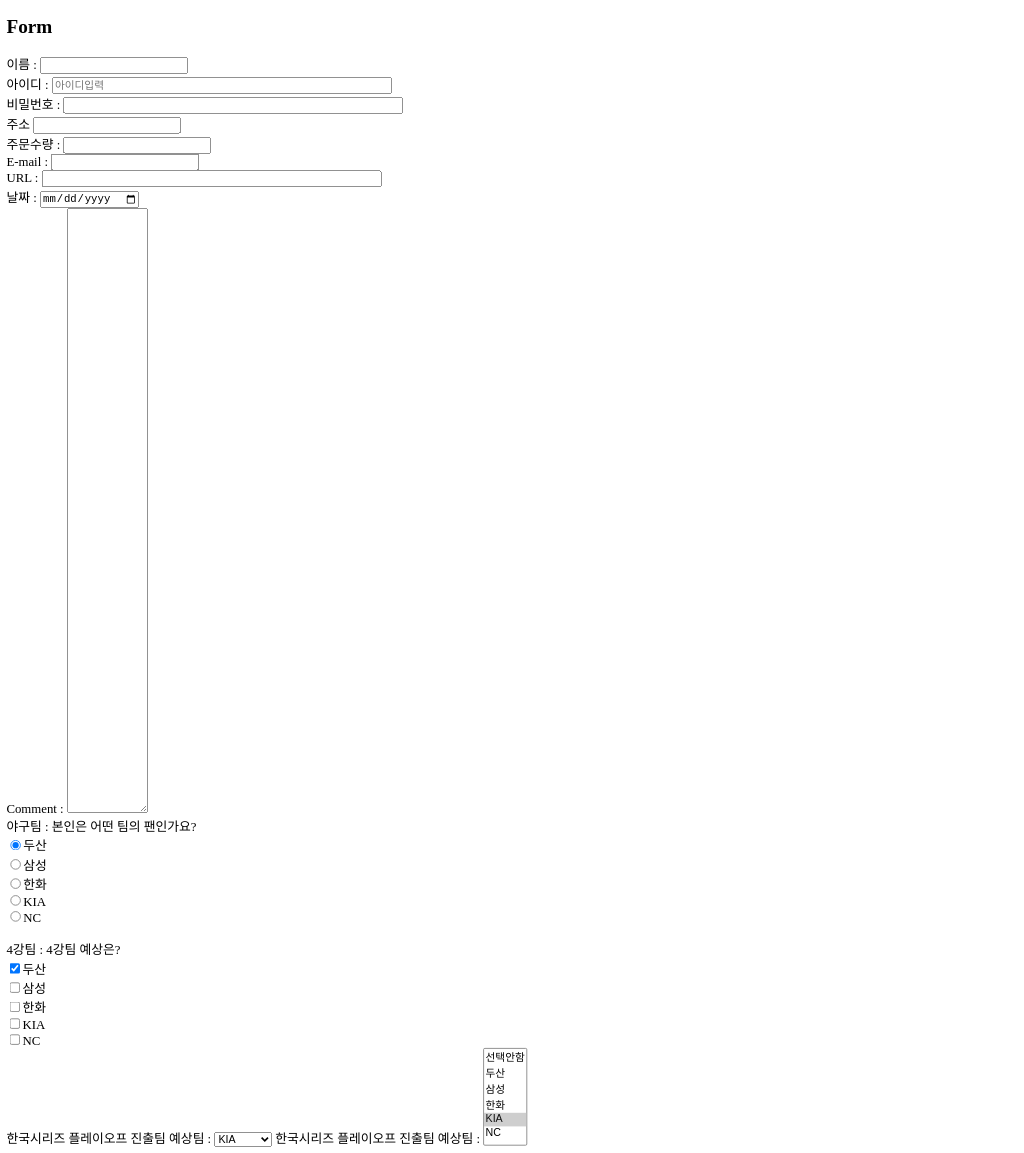
Repository: star-min/jsp_basic
Page: jsp1/web01/src/main/webapp/form.html
The author's editor kept a copy of each file at every save. The page is drawn from the files as they stood at one save, then again after the next save.
The browser window is 1280 px wide. The pictures show the whole page, at 80% of full size.

Above is the page before, as saved 2022-04-22 06:01:06.

### jsp1/web01/src/main/webapp/form.html
<!DOCTYPE html>
<html>
<head>
<meta charset="UTF-8">
<title>From</title>
<style>

</style>
</head>
<body>
	<header>
		<h2>Form</h2>
	</header>
	<tbody>
		<div>
			<tr>
				<th><label for="mname">이름 : </label></th>
				<td>
					<input type="text" id="mname" name="mname" class="name">
					</br>
				</td>
			</tr>
			<tr>
				<th><label for="id">아이디 : </label></th>
				<td>
					<input type="text" id="id" name="id" class="indata" size="50" placeholder="아이디입력" required>
					</br>
				</td>
			</tr>
			<tr>
				<th><label for="upw">비밀번호 : </label></th>
				<td>
					<input type="password"  id="upw" name="upw" class="pw" size="50">
					</br>
				</td>
			</tr>
			<tr>
				<th><label for="addrss">주소</label></th>
				<td>
					<input type="text" >
					</br>
				</td>
			</tr>
			<tr>
				<th><label for="number">주문수량 : </label></th>
				<td>
					<input type="number" name="qty" id="qty" size="50">
					</br>
				</td>
			</tr>
			<tr>
				<th><label for="text">E-mail : </label></th>
				<td>
					<input type="text">
					</br>
				</td>
			</tr>
			<tr>
				<th><label for="url">URL : </label></th>
				<td>
					<input type="url" name="url" id="url" size="50">
					</br>
				</td>
			</tr>
			<tr>
				<th><label for="date">날짜 : </label></th>
				<td>
					<input type="date" name="date" id="date">
					</br>
				</td>
			</tr>
			<tr>
				<th><label for="comment">Comment : </label></th>
				<td>
					<textarea name="comment" rows="50" cols="10" name="comment" id="comment"></textarea>
					</br>
				</td>
			</tr>
			<tr>
				<th><label for="baseball">야구팀 : </label></th>
				<td>
					<span id="baseball">본인은 어떤 팀의 팬인가요?</span><br>
					<input type="radio" name="baseball" id="baseball1" value="두산" checked>두산<br>
					<input type="radio" name="baseball" id="baseball2" value="삼성">삼성<br>
					<input type="radio" name="baseball" id="baseball3" value="한화">한화<br>
					<input type="radio" name="baseball" id="baseball4" value="KIA">KIA<br>
					<input type="radio" name="baseball" id="baseball5" value="NC">NC<br>
					</br>
				</td>
			</tr>
			<tr>
				<th><label for="favorite">4강팀 : </label></th>
				<td>
					<span id="favorite">4강팀 예상은?</span><br>
					<input type="checkbox" name="favorite" id="favorite1" value="두산" checked>두산<br>
					<input type="checkbox" name="favorite" id="favorite2" value="삼성">삼성<br>
					<input type="checkbox" name="favorite" id="favorite3" value="한화">한화<br>
					<input type="checkbox" name="favorite" id="favorite4" value="KIA">KIA<br>
					<input type="checkbox" name="favorite" id="favorite5" value="NC">NC<br>
				</td>
			</tr>
			<tr>
				<th><label for="victory">한국시리즈 플레이오프 진출팀 예상팀 : </label></th>
				<td>
					<select name="victory" id="victory">
						<option value="">선택안함</option>
						<option value="두산">두산</option>
						<option value="삼성">삼성</option>
						<option value="한화">한화</option>
						<option value="KIA" selected>KIA</option>
						<option value="NC">NC</option>
					</select>
				</td>
			</tr>
			<tr>
				<th><label for="playoff">한국시리즈 플레이오프 진출팀 예상팀 : </label></th>
				<td>
					<select name="victory" id="victory" multiple size="6" id="playoff">
						<option value="">선택안함</option>
						<option value="두산">두산</option>
						<option value="삼성">삼성</option>
						<option value="한화">한화</option>
						<option value="KIA" selected>KIA</option>
						<option value="NC">NC</option>
					</select>
				</td>
			</tr>
		</div>
	</tbody>
</body>
</html>

After the next save:
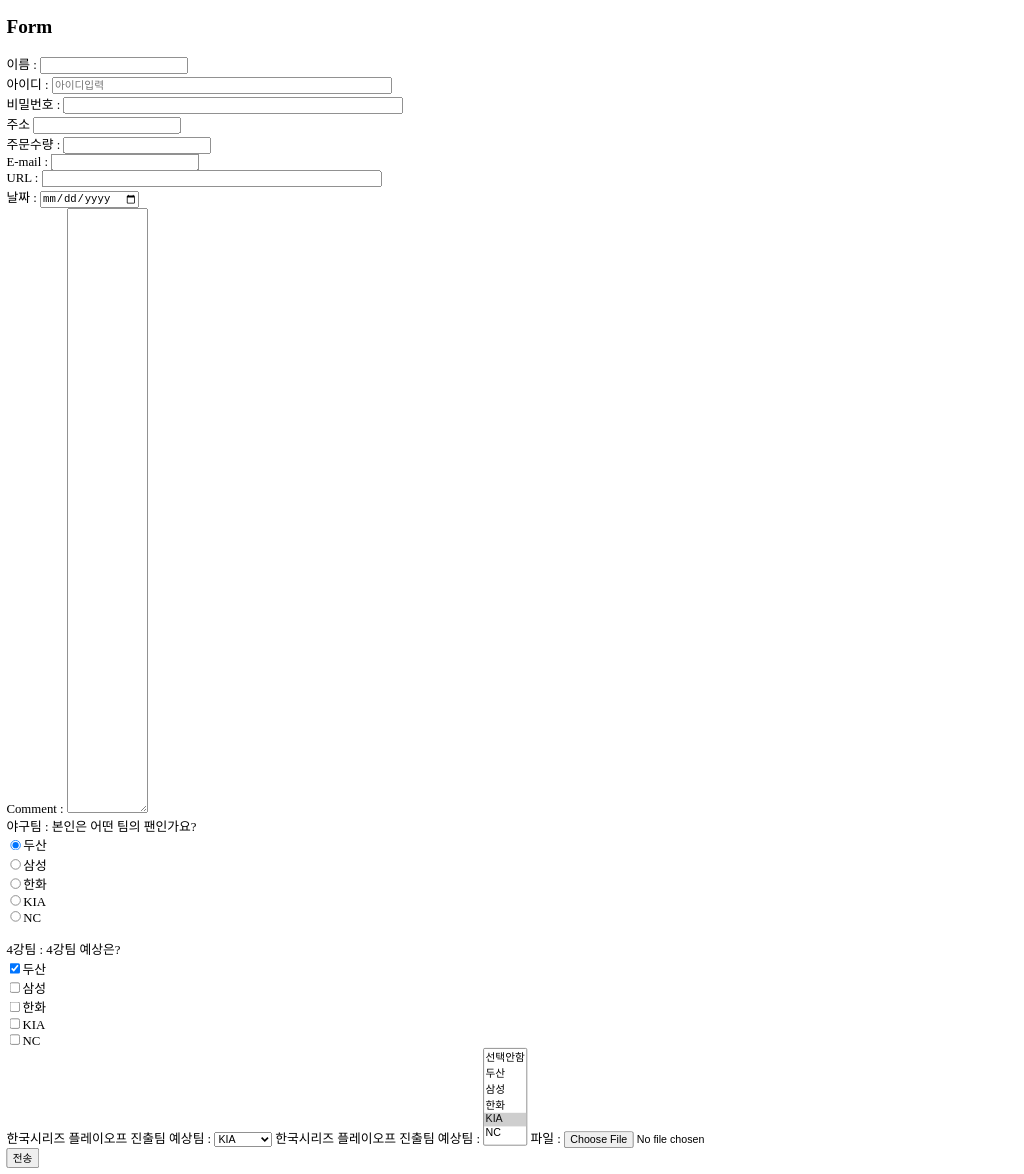
Saved 2 min 19 s later.
--- a/jsp1/web01/src/main/webapp/form.html
+++ b/jsp1/web01/src/main/webapp/form.html
@@ -125,6 +125,18 @@
 					</select>
 				</td>
 			</tr>
+			<tr>
+				<th><label for="file">파일 : </label></th>
+				<td>
+					<input type="file" name="file" id="file">
+					</br>
+				</td>
+			</tr>
+			<tr>
+				<td>
+					<input type="submit" value="전송"> &nbsp &nbsp &nbsp
+				</td>
+			</tr>
 		</div>
 	</tbody>
 </body>
